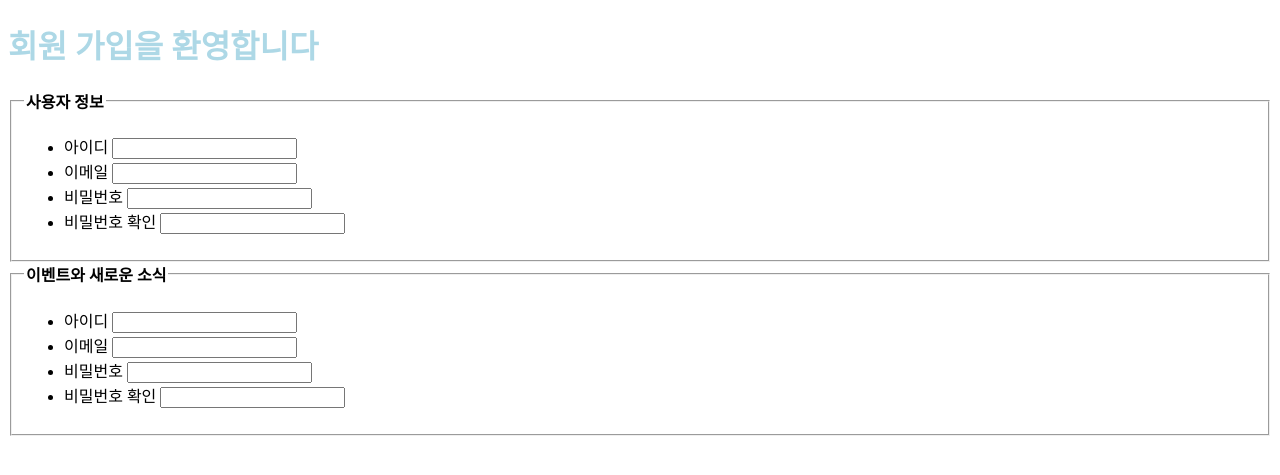
Repository: Kebiskim/2023_WebStudy
Page: 01_01_html/src/main/webapp/day04/Ex05_Form.html
An editor plug-in stored every save of this project. The page is shown before and after the next save, followed by the edit.
The browser window is 1280 px wide. The pictures show the whole page.

Above is the page before, as saved 2023-06-22 03:38:48.

### 01_01_html/src/main/webapp/day04/Ex05_Form.html
<!DOCTYPE html>
<html>
<head>
<meta charset="UTF-8">
<title>Signup</title>
<style>
	h1{
		color:lightblue;
	}
</style>
</head>
<body>
	<h1>회원 가입을 환영합니다</h1>
	<fieldset>
		<legend><b>사용자 정보</b></legend>
		<ul>
		 	<li>아이디 <label for="id"></label><input type="text" id="id" id="id"></li>
		 	<li>이메일 <label for="email"></label><input type="text" email="email" id="email"></li>
		 	<li>비밀번호 <label for="password"></label><input type="text" password="password" id="password"></li>
		 	<li>비밀번호 확인 <label for="passcheck"></label><input type="text" passcheck="passcheck" id="passcheck"></li>
		</ul>
	</fieldset>
	<fieldset>
		<legend><b>이벤트와 새로운 소식</b></legend>
		<ul>
		 	<li>아이디 <label for="id"></label><input type="text" id="id" id="id"></li>
		 	<li>이메일 <label for="email"></label><input type="text" email="email" id="email"></li>
		 	<li>비밀번호 <label for="password"></label><input type="text" password="password" id="password"></li>
		 	<li>비밀번호 확인 <label for="passcheck"></label><input type="text" passcheck="passcheck" id="passcheck"></li>
		</ul>
	</fieldset>

</body>
</html>

After the next save:
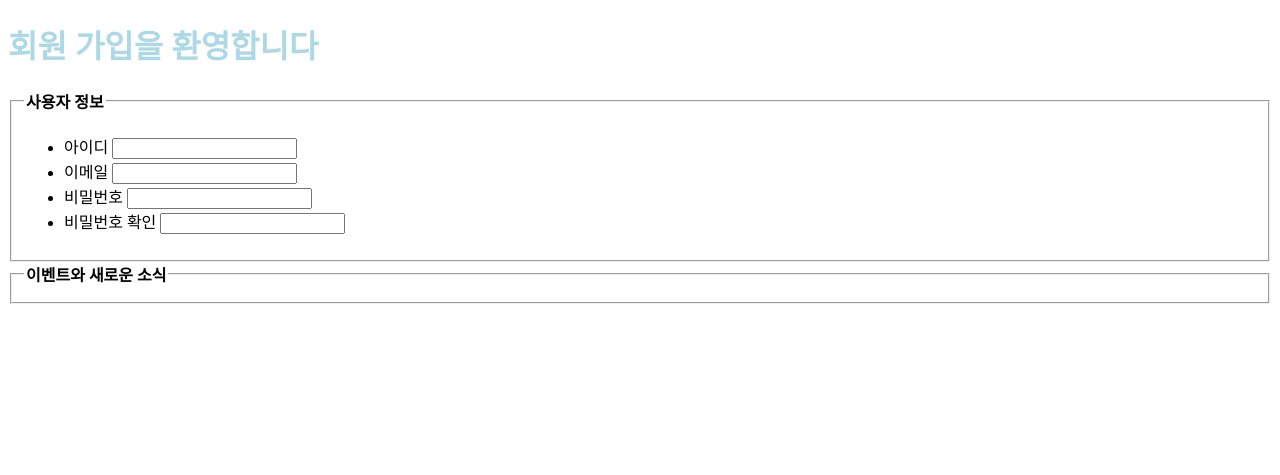
Saved 5 s later.
--- a/01_01_html/src/main/webapp/day04/Ex05_Form.html
+++ b/01_01_html/src/main/webapp/day04/Ex05_Form.html
@@ -22,12 +22,7 @@
 	</fieldset>
 	<fieldset>
 		<legend><b>이벤트와 새로운 소식</b></legend>
-		<ul>
-		 	<li>아이디 <label for="id"></label><input type="text" id="id" id="id"></li>
-		 	<li>이메일 <label for="email"></label><input type="text" email="email" id="email"></li>
-		 	<li>비밀번호 <label for="password"></label><input type="text" password="password" id="password"></li>
-		 	<li>비밀번호 확인 <label for="passcheck"></label><input type="text" passcheck="passcheck" id="passcheck"></li>
-		</ul>
+
 	</fieldset>
 
 </body>
